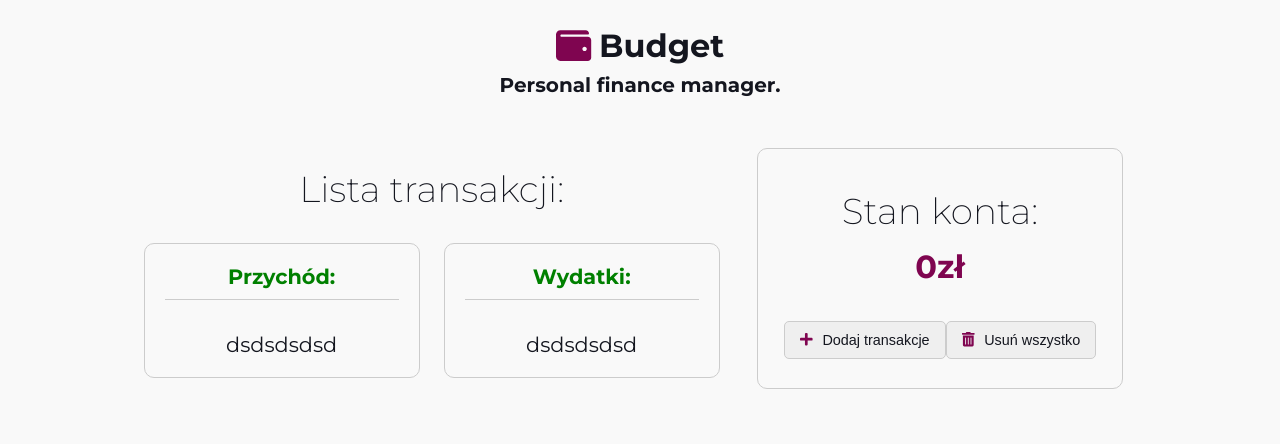
Repository: KrzysKolo/sr_tydzien4_zad4
Page: /
An editor plug-in stored every save of this project. The page is shown before and after the next save, followed by the edit.
The browser window is 1280 px wide. The pictures show the whole page.
Some web libraries are served in a nearby version. The project was rebuilt for these pictures with package versions that can differ from the ones it lists, and the page was loaded fresh each time.

Above is the page before, as saved 2020-11-29 19:05:07.

### public/index.html
<!DOCTYPE html>
<html lang="en">
  <head>
    <meta charset="utf-8" />
    <link rel="icon" href="%PUBLIC_URL%/favicon.ico" />
    <meta name="viewport" content="width=device-width, initial-scale=1" />
    <meta name="theme-color" content="#000000" />
    <meta
      name="description"
      content="Web site created using create-react-app"
    />
    <link rel="apple-touch-icon" href="%PUBLIC_URL%/logo192.png" />
    <!--
      manifest.json provides metadata used when your web app is installed on a
      user's mobile device or desktop. See https://developers.google.com/web/fundamentals/web-app-manifest/
    -->
    <link rel="manifest" href="%PUBLIC_URL%/manifest.json" />
    <!--
      Notice the use of %PUBLIC_URL% in the tags above.
      It will be replaced with the URL of the `public` folder during the build.
      Only files inside the `public` folder can be referenced from the HTML.

      Unlike "/favicon.ico" or "favicon.ico", "%PUBLIC_URL%/favicon.ico" will
      work correctly both with client-side routing and a non-root public URL.
      Learn how to configure a non-root public URL by running `npm run build`.
    -->
    <link
      href="https://fonts.googleapis.com/css?family=Montserrat:200,400,700&display=swap&subset=latin-ext"
      rel="stylesheet"
    />
    <script
      src="https://kit.fontawesome.com/327a0d490c.js"
      crossorigin="anonymous"
    ></script>
    <title>Budget</title>
  </head>
  <body>
    <noscript>You need to enable JavaScript to run this app.</noscript>
    <div id="root"></div>
    <!--
      This HTML file is a template.
      If you open it directly in the browser, you will see an empty page.

      You can add webfonts, meta tags, or analytics to this file.
      The build step will place the bundled scripts into the <body> tag.

      To begin the development, run `npm start` or `yarn start`.
      To create a production bundle, use `npm run build` or `yarn build`.
    -->
  </body>
</html>

### src/App.js
import React from 'react';
import Budget from './components/Budget'

const App = () => {
  return (
    <>
      <Budget/>
    </>
  )
}

export default App;

### src/components/Budget.js
import React from 'react';
import Header from './budgetComponents/Header';
import Section from './budgetComponents/Section';
import SectionInfo from './budgetComponents/SectionInfo';
import H2 from './budgetComponents/sectionComponents/H2';
import styled, { createGlobalStyle } from 'styled-components';

const GlobalStyle = createGlobalStyle`
    * {
        padding: 0;
        margin: 0;
        box-sizing: border-box;
    }
    body {
        background-color: #f9f9f9;
        color: #14161f;
        font-family: "Montserrat", sans-serif;
        font-size: 16px;
        min-height: 100vh;
    }
    `;
const Container = styled.main`
    font-size: 1.5rem;
`;
const SectionContainer = styled.section`
    display: flex;
    flex-direction: row;
    justify-content: center;
    align-items: center;
`;
const SectionBudget = styled.section`
    display: flex;
    flex-direction: column;
    justify-content: center;
    align-items: center;
`;
const DivItems = styled.div`
    display: flex;
    flex-direction: row;
    justify-content: center;
    align-items: center;

`;
const Budget = () => {
    return (
        <>
            <GlobalStyle />
            <Container>
                <Header />
                <SectionContainer>
                    <SectionBudget>
                        <H2 title={"Lista transakcji"} />
                        <DivItems>
                            <Section title={"Przychód"} label={"p"}/>
                            <Section title={"Wydatki"}/>
                        </DivItems>
                    </SectionBudget>
                    <SectionInfo title={"Stan konta"}/>
                </SectionContainer>
            </Container>
        </>
    )
}

export default Budget;

### src/components/budgetComponents/Header.js
import React from 'react';
import styled from 'styled-components';
import { FontAwesomeIcon } from '@fortawesome/react-fontawesome';
import { faWallet } from '@fortawesome/free-solid-svg-icons';

const SectionHeader = styled.header`
    align-items: center;
    color: rgb(127, 5, 80);
    display: flex;
    font-size: 2.2rem;
    flex-direction: column;
    justify-content: center;
    padding: 2%;
`;
const DivHeader = styled.div`
    align-items: center;
    display: flex;
    flex-direction: row;
    justify-content: center;
    margin-bottom: 0.5rem;
`;
const H1Header = styled.h1`
    color: #14161f;
    font-size: 2rem;
    margin-left: .5rem;
`;
const H2Header = styled.h2`
    color: #14161f;
    font-size: 1.25rem;
`;
const Header = () => {
    return (
        <SectionHeader>
            <DivHeader>
                <FontAwesomeIcon icon={faWallet}/>
                <H1Header>Budget</H1Header>
            </DivHeader>
            <H2Header>Personal finance manager.</H2Header>
        </SectionHeader>
    )
}

export default Header;

### src/components/budgetComponents/Section.js
import React from 'react';
import H1 from './sectionComponents/H1';
import styled from 'styled-components';

const SectionWrapper = styled.section`
    border: 1px solid #ccc;
    border-radius: 10px;
    display: flex;
    flex-direction: column;
    font-size: 1.3rem;
    justify-content: center;
    align-items: center;
    margin: 2%;
    padding: 20px;
    width: 300px;
`;
const Section = ({ title, label }) => {
    return (
        <SectionWrapper>
           <H1 title={title} label={label}> </H1>
           <p>dsdsdsdsd</p>
        </SectionWrapper>
    )
}

export default Section;

### src/components/budgetComponents/SectionInfo.js
import React from 'react';
import H2 from './sectionComponents/H2';
import P from './sectionComponents/P';
import Button from './../buttons/Button';
import styled from 'styled-components';
import { FontAwesomeIcon } from '@fortawesome/react-fontawesome';
import { faEllipsisV, faHeart, faPlus,  faTrashAlt, faShareAlt, faAngleDown } from '@fortawesome/free-solid-svg-icons';
const SectionWrapper = styled.section`
    border: 1px solid #ccc;
    border-radius: 10px;
    display: flex;
    flex-direction: column;
    margin: 2vw;
    padding: 2%;
`;
const ButtonWrapper = styled.div`
    display: flex;
    flex-direction: row;
`;
const Section = ({ title }) => {
    return (
        <SectionWrapper>
           <H2 title={title}> </H2>
           <P />
           <ButtonWrapper>
                <Button title={"Dodaj transakcje"} icons={faPlus} type="submit"/>
                <Button title={"Usuń wszystko"} icons={faTrashAlt} type="submit"/>

           </ButtonWrapper>
        </SectionWrapper>
    )
}

export default Section;

### src/components/budgetComponents/sectionComponents/H2.js
import React from 'react'
import styled from 'styled-components';

const TitleH2 = styled.h2`
    font-weight: 200;
    margin: 2% auto;
    padding: 0.5rem;
`;

const H2 = ({title}) => {
    return (
        <TitleH2>
            {title}:
        </TitleH2>
    )
}

export default H2;

### src/components/budgetComponents/sectionComponents/H1.js
import React from 'react'
import styled from 'styled-components';

const TitleH1 = styled.h1`
    border-bottom: 1px solid #ccc;
    color: ${label => label ? 'green' : 'red'};
    margin-bottom: 2rem;
    padding-bottom: 10px;
    display: block;
    width: 100%;
    text-align: center;
`;

const H1 = ({title, label}) => {
    return (
        <TitleH1>
            {title}:
        </TitleH1>
    )
}

export default H1;

### src/components/budgetComponents/sectionComponents/P.js
import React from 'react';
import styled from 'styled-components';

const InfoP = styled.p`
    color: rgb(127, 5, 80);
    font-size: 2rem;
    font-weight: bold;
    width: 100%auto;
    text-align: center;
    padding-bottom: 2rem;
`;

const P = () => {
    return (
        <InfoP>
            0zł
        </InfoP>
    )
}

export default P;

### src/components/buttons/Button.js
import React from 'react';
import styled from 'styled-components';
import { FontAwesomeIcon } from '@fortawesome/react-fontawesome';

const ButtonDiv = styled.button`
    border: 1px solid #ccc;
    border-radius: 5px;
    margin: 1%auto;
    padding: 10px 15px;
    display: flex;
    flex-direction: row;
    color: rgb(127, 5, 80);
    font-size: 0.9rem;
    cursor: pointer;
    transition: 0.3s ease-in-out;
    &:hover {
        border: 1px solid rgba(127, 5, 80, 0.4);
        background-color:  #f9f9f9;
        color: rgba(127, 5, 80, 0.5);
    }
`;
const ButtobDiv = styled.div`
    margin-left: 10px;
    color: #14161f;
`;
const Button = ({ title, icons }) => {
    return (
        <ButtonDiv>
            <FontAwesomeIcon icon={icons} />
            <ButtobDiv>{title}</ButtobDiv>
        </ButtonDiv>
    )
}

export default Button;

Loaded but not shown: src/index.js (common file); src/index.css (common file)

After the next save:
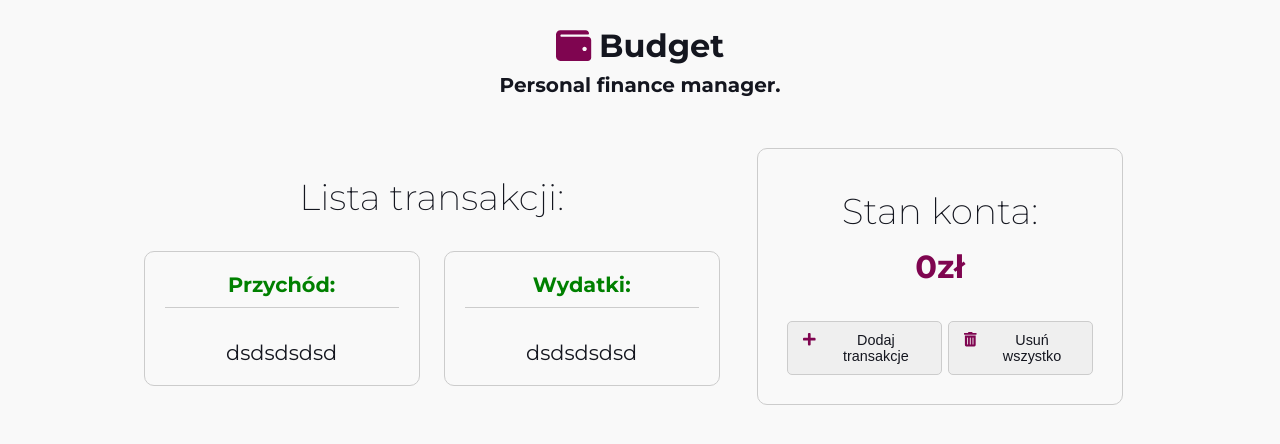
Saved 5 s later.
--- a/src/components/buttons/Button.js
+++ b/src/components/buttons/Button.js
@@ -5,7 +5,7 @@ import { FontAwesomeIcon } from '@fortawesome/react-fontawesome';
 const ButtonDiv = styled.button`
     border: 1px solid #ccc;
     border-radius: 5px;
-    margin: 1%auto;
+    margin: 1%;
     padding: 10px 15px;
     display: flex;
     flex-direction: row;
